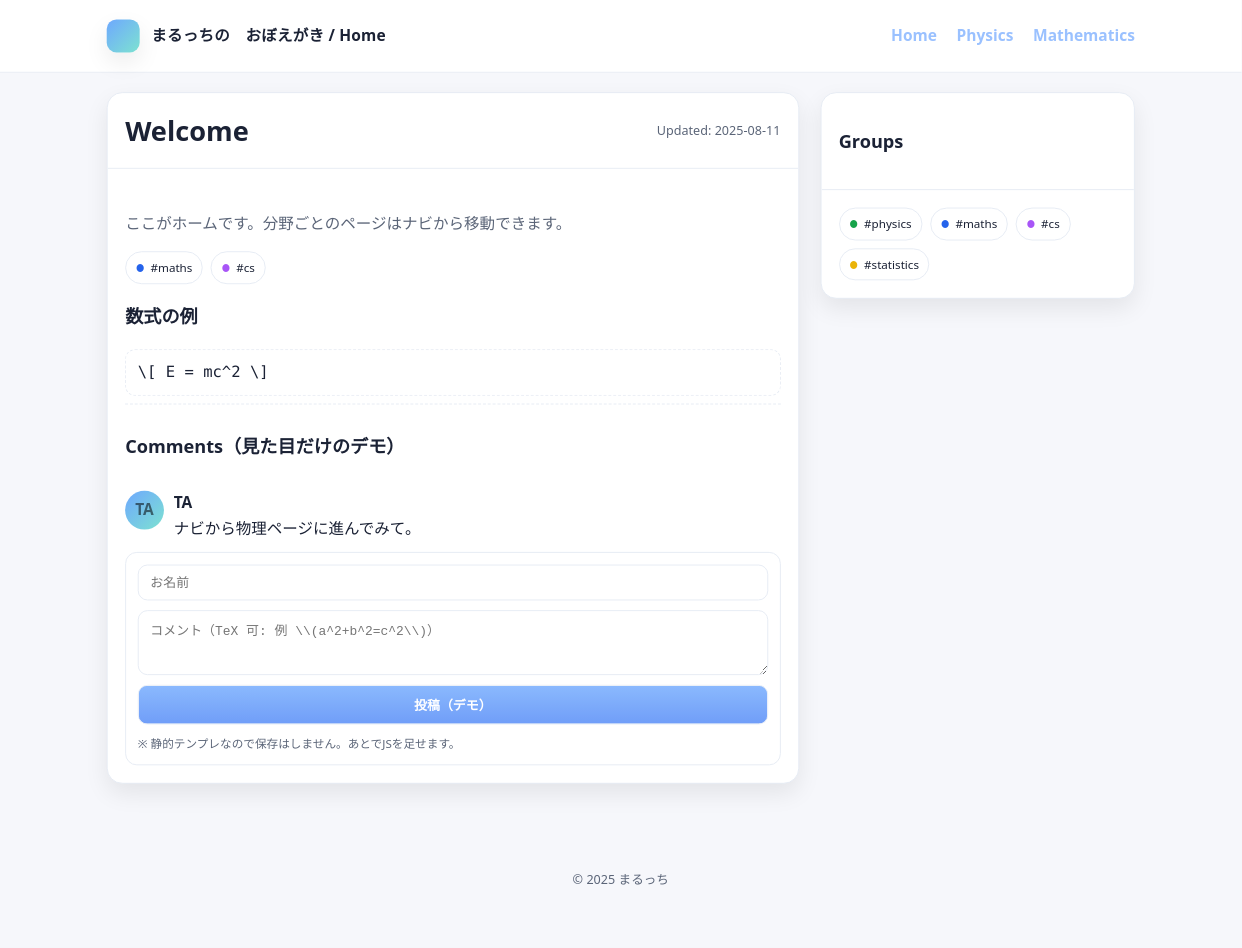
Repository: Riki-Mochimaru/tureduretunedune
Page: index.html
The author's editor kept a copy of each file at every save. The page is drawn from the files as they stood at one save, then again after a run of saves.
The browser window is 1280 px wide. The pictures show the whole page, at 97% of full size.

Above is the page before, as saved 2025-08-11 19:56:11.

After the next 4 saves:
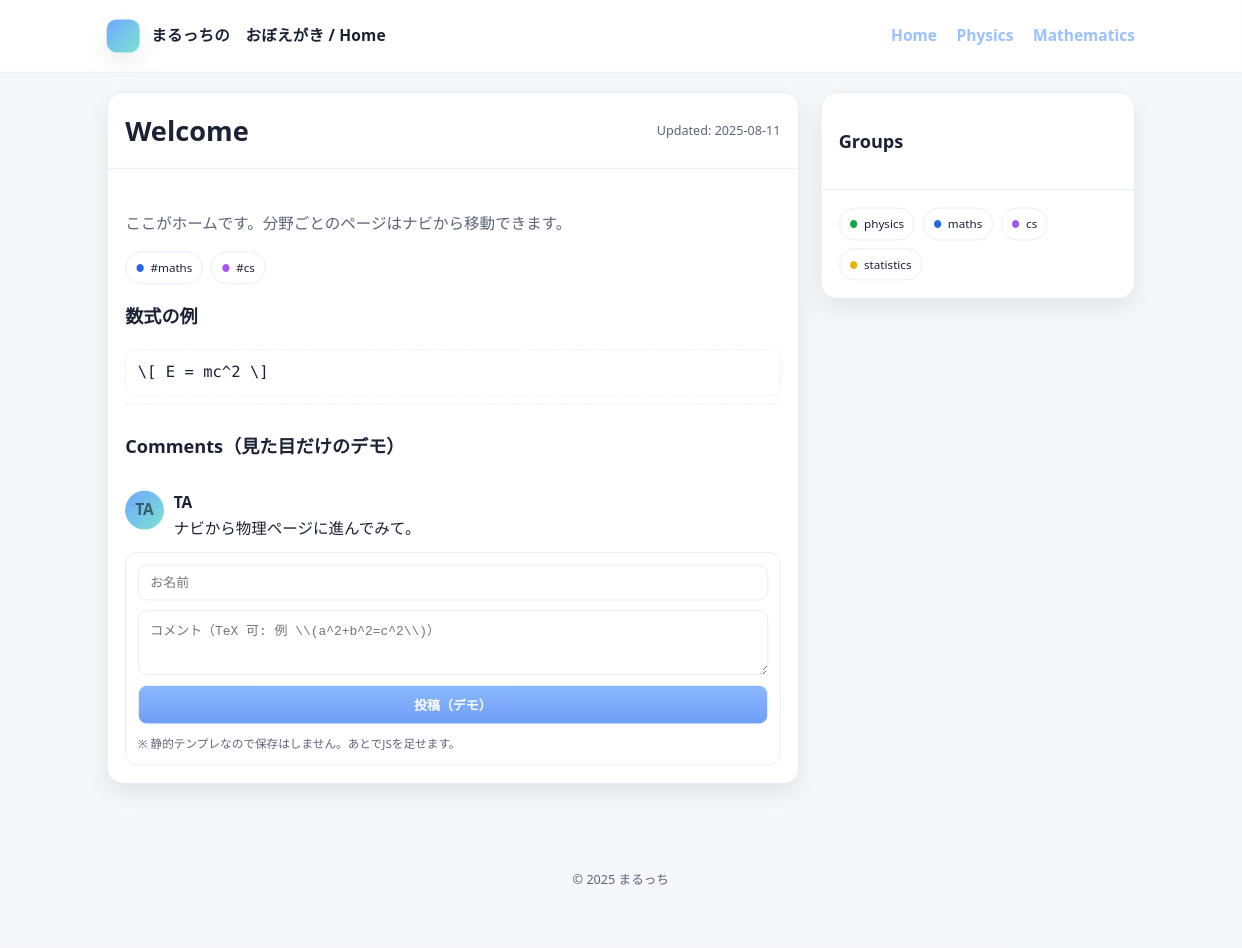
The 4 saves are shown as one change because they came seconds apart.
The last was saved 11 s later.
--- a/index.html
+++ b/index.html
@@ -55,10 +55,10 @@
           <div class="hd"><h3>Groups</h3></div>
           <div class="bd">
             <div class="tags">
-              <span class="tag" data-g="phys">#physics</span>
-              <span class="tag" data-g="math">#maths</span>
-              <span class="tag" data-g="cs">#cs</span>
-              <span class="tag" data-g="stats">#statistics</span>
+              <span class="tag" data-g="phys">physics</span>
+              <span class="tag" data-g="math">maths</span>
+              <span class="tag" data-g="cs">cs</span>
+              <span class="tag" data-g="stats">statistics</span>
             </div>
           </div>
         </section>
